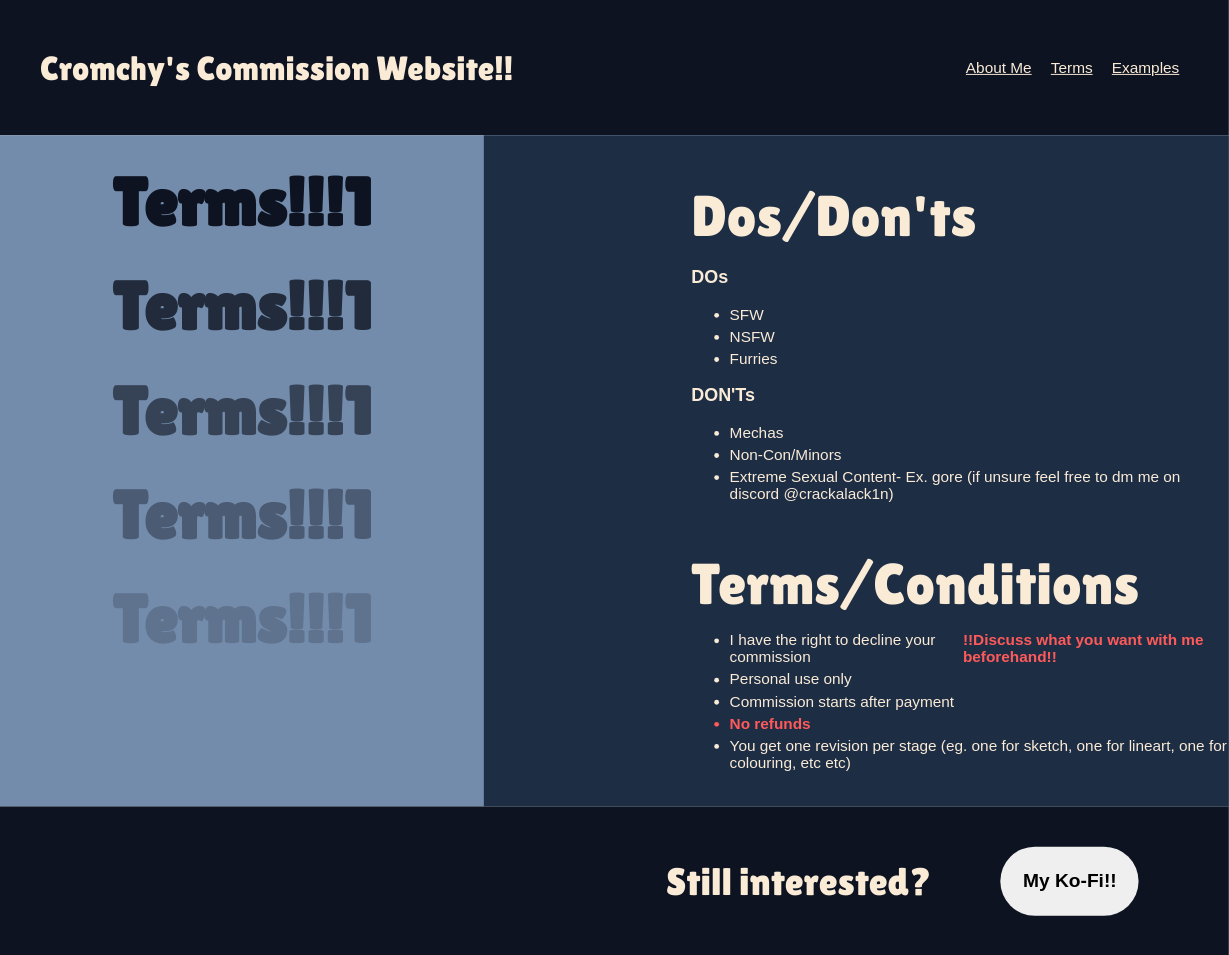
Repository: crackaLack1n/Cromchys_Commission_Site
Page: /Examples
An editor plug-in stored every save of this project. The page is shown before and after the next save, followed by the edit.
The browser window is 1280 px wide. The pictures show the whole page, at 96% of full size.
The project was rebuilt for these pictures with package versions that can differ from the ones it lists, and the page was loaded fresh each time. The framework's server and built-in components were replaced by stand-ins that run in the browser. Also part of the build but not shown: next.config.mjs, styles/Examples.module.css.

Above is the page before, as saved 2024-06-14 20:22:41.

### pages/_app.js
import "@/styles/globals.css";
import { Lilita_One } from "next/font/google";


const lilita_One = Lilita_One({ weight: '400', subsets: ["latin"] });

export default function App({ Component, pageProps }) {
  return <Component {...pageProps} />;
}

### pages/Examples.js
import styles from '@/styles/Terms.module.css';
import Footer from "@/Components/Footer";
import Header from "@/Components/Header";
import { Lilita_One } from "next/font/google";


const lilita_One = Lilita_One({ weight: '400', subsets: ["latin"] });



export default function Idk() {
  return (
    <>
      <Header />
      <main className={`${styles.main}`}>
        <div className={styles.mainContainer}>
          <div className={styles.containerLeft}>
            <div className={`${styles.contentLeft} ${lilita_One.className}`}>
              <p >Terms!!!1</p>
              <p style={{ opacity: '0.8' }}>Terms!!!1</p>
              <p style={{ opacity: '0.6' }}>Terms!!!1</p>
              <p style={{ opacity: '0.4' }}>Terms!!!1</p>
              <p style={{ opacity: '0.2' }}>Terms!!!1</p>
            </div>
          </div>
          <div className={styles.containerRight}>
            <div className={styles.contentRight}>
              <div className={styles.section}>
                <h2 className={`${styles.heading} ${lilita_One.className}`}>Dos/Don'ts</h2>
                <h3>DOs</h3>
                <ul className={styles.sectionList}>
                  <li>SFW</li>
                  <li>NSFW</li>
                  <li>Furries</li>
                </ul>

                <h3>DON'Ts</h3>
                <ul className={styles.sectionList}>
                  <li>Mechas</li>
                  <li>Non-Con/Minors</li>
                  <li>Extreme Sexual Content- Ex. gore (if unsure feel free to dm me on discord @crackalack1n)</li>
                </ul>
              </div>
              <div className={styles.section}>
                <h2 className={`${styles.heading} ${lilita_One.className}`}>Terms/Conditions</h2>
                <ul className={styles.sectionList}>
                  <li>
                    <span style={{ display: 'flex', alignItems: 'center' }}>
                      I have the right to decline your commission
                      <ul style={{ color: '#FF5A5A', fontWeight: 'bold', marginLeft: '-35px' }}>!!Discuss what you want with me beforehand!!</ul>
                    </span>
                  </li>
                  <li>Personal use only</li>
                  <li>Commission starts after payment</li>
                  <li style={{ color: '#FF5A5A' , fontWeight: 'bold'}}>No refunds</li>
                  <li>You get one revision per stage (eg. one for sketch, one for lineart, one for colouring, etc etc)</li>
                </ul>
              </div>
            </div>
          </div>
        </div>
      </main>
      <Footer/>
    </>
  )
}

### styles/globals.css
:root {

}

body {
  margin: 0;
}

### styles/Terms.module.css
.main {
  display: flex;
  min-height: 20vh;
  background-color: #748CAB;
}


.mainContainer {
  position: relative;
 display: grid;
 grid-template-columns:  1fr 3fr;
height: auto;

}

.containerLeft {
  display: flex;
  width: 70vh;
  justify-content: center;
}

.contentLeft p {
  font-size: 70px;
  font-weight: 600;
  margin: 4vh;
  color: #0D1321;
}
.containerRight {
  display: flex;
  padding-left: 30vh;
  background-color: #1D2D44;
  width: auto;
  color: antiquewhite;
  font-family: sans-serif;
}

.heading {
  font-size: 60px;
  margin-bottom: 0;
}
.image {
  z-index: 1;
  top: 30vh;
  left: 50vh;
  position: absolute;
  border-radius: 10px;
  box-shadow: #0D1321 10px 5px 5px ;
}

.section {
margin-bottom: 5vh;
width: 100%;
}

.sectionList li {
  margin-top: 5px;
}
/* Mobile */
@media (max-width: 700px) {

}

/* Tablet and Smaller Desktop */
@media (min-width: 701px) and (max-width: 1120px) {

}

### Components/Footer/index.js
import style from './footer.module.css';
import Link from 'next/link';
import { Lilita_One } from "next/font/google";


const lilita_One = Lilita_One({ weight: '400', subsets: ["latin"] });


export default function Footer() {
  return(
    <>
    <footer className={style.main}>
      <div className={style.content}>
      <h2 className={`${style.heading} ${lilita_One.className}`}>Still interested?</h2>
      <Link href="https://ko-fi.com/E1E49HTV/commissions">
      <button className={style.button}>My Ko-Fi!!</button>
      </Link>
      </div>
    </footer>
    </>
  )
}

### Components/Header/index.js
import Link from "next/link"
import style from './header.module.css';
import { Lilita_One } from "next/font/google";


const lilita_One = Lilita_One({ weight: '400', subsets: ["latin"] });

export default function Header() {
  return (
    <>
      <div className={style.main}>
        <h2 className={`${style.heading} ${lilita_One.className}`}>Cromchy's Commission Website!!</h2>
        <nav className={style.nav}>
          <ul className={style.buttons}>
            <li><Link href={`/`}>About Me</Link></li>
            <li><Link href={`/Terms`}>Terms</Link></li>
            <li><Link href={`/Examples`}>Examples</Link></li>
          </ul>
        </nav>
      </div>
    </>
  )
}

### Components/Footer/footer.module.css
.main {
  display: flex;
  padding: 3vh;
  background-color: #0D1321;
  color: antiquewhite;
  flex-shrink: 0;
}

.content {
  display: flex;
  flex-direction: row;
  width: 100%;
  justify-content: flex-end;
  align-items: center;
}

.heading {
  margin-right: 10vh;
  font-size: 40px;
}

.button {
  margin-right: 10vh;
  width: 20vh;
  height: 10vh;
  font-family: sans-serif;
  font-weight: bold;
  font-size: 20px;
  border-radius: 50px;
  border: transparent;
}

.button:hover {
  background-color: #748CAB;
  color: antiquewhite;
}

### Components/Header/header.module.css
.main {
  display: flex;
  justify-content: space-between;
  padding: 3vh;
  background-color: #0D1321;
  color: antiquewhite;
  align-items: center;

}

.main h2 {
  font-size: 35px;
  margin-left: 20px;

}

.nav {
justify-content: end;
font-family: sans-serif;
margin-right: 20px;

}

.buttons {
  display: flex;

}

.buttons li {
  padding: 10px;
  list-style-type: none;
  color: antiquewhite;
}

.buttons a {
  color: antiquewhite;
}

Loaded but not shown: pages/_document.js (common file)

After the next save:
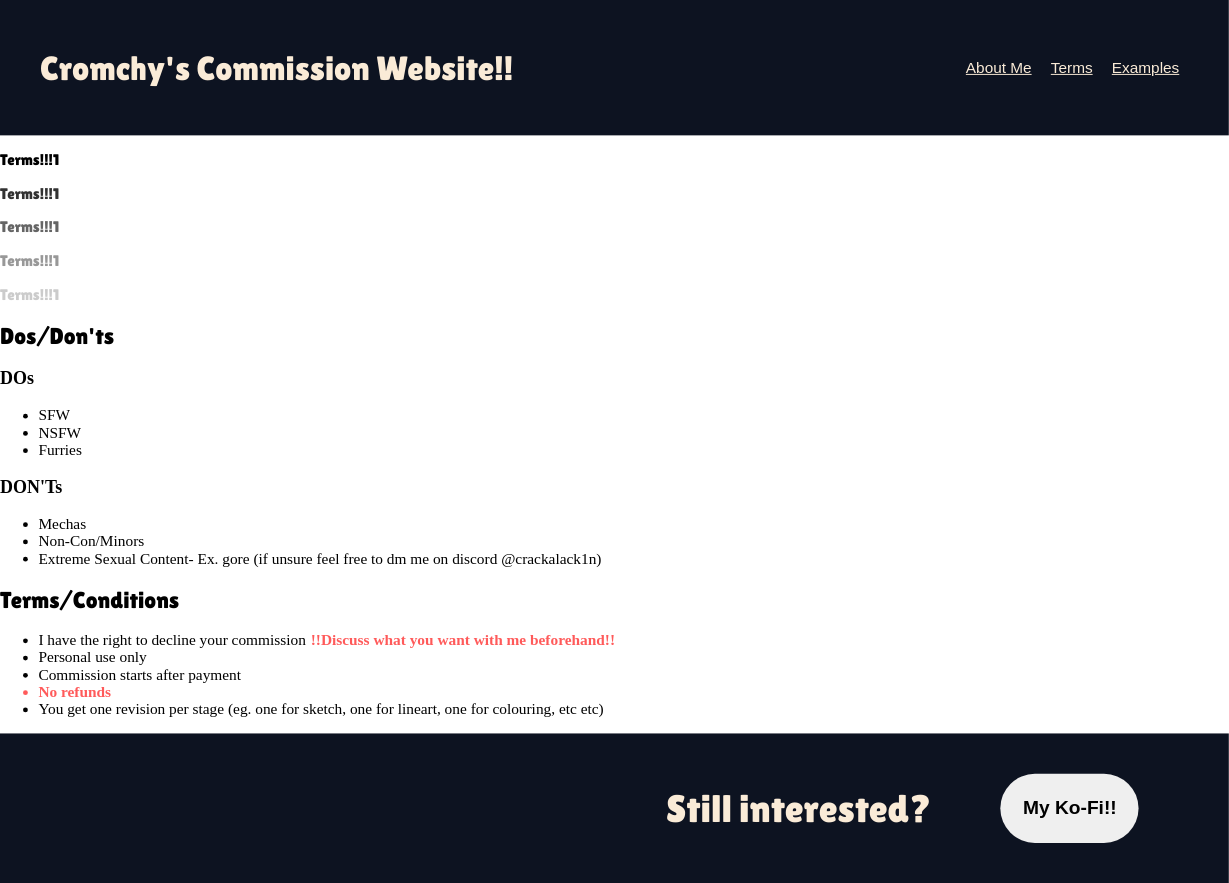
Saved 11 s later.
--- a/pages/Examples.js
+++ b/pages/Examples.js
@@ -1,4 +1,4 @@
-import styles from '@/styles/Terms.module.css';
+import styles from '@/styles/Examples.module.css';
 import Footer from "@/Components/Footer";
 import Header from "@/Components/Header";
 import { Lilita_One } from "next/font/google";
